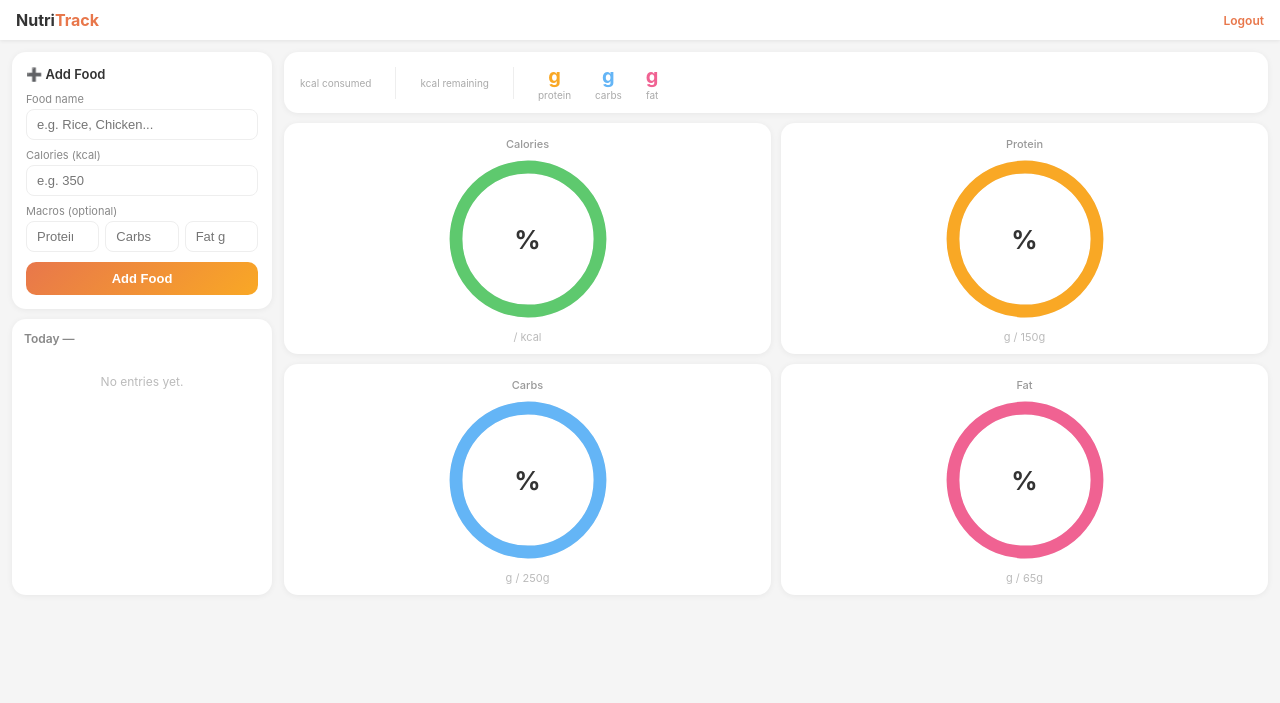
Repository: STIVEN396/Nutritrack
Page: tracker/templates/tracker/dashboard.html
An editor plug-in stored every save of this project. The page is shown before and after the next save, followed by the edit.
The browser window is 1280 px wide. The pictures show the whole page.
The template is drawn by Django 5.2. The application's start-up code is not run. Other server files are loaded and not shown. The template is opened directly, without the code that normally fills it, so the values that code supplies are empty.

Above is the page before, as saved 2026-06-26 23:53:46.

### tracker/templates/tracker/dashboard.html
<!DOCTYPE html>
<html lang="en">
<head>
<meta charset="UTF-8">
<meta name="viewport" content="width=device-width, initial-scale=1.0">
<title>NutriTrack</title>
<style>
  * { margin: 0; padding: 0; box-sizing: border-box; }
  body { font-family: -apple-system, BlinkMacSystemFont, 'Segoe UI', sans-serif;
         background: #f5f5f5; color: #333; font-size: 14px; }

  .topbar { background: #fff; padding: 10px 16px;
            display: flex; align-items: center; justify-content: space-between;
            box-shadow: 0 1px 4px rgba(0,0,0,.08); }
  .topbar h1 { font-size: 16px; font-weight: 700; }
  .logo-dot { color: #e8774b; }
  .topbar .user { font-size: 12px; color: #aaa; }
  .topbar a { color: #e8774b; font-size: 12px; text-decoration: none; font-weight: 600; }

  .alert { padding: 7px 14px; margin: 8px 12px; border-radius: 8px;
           font-size: 12px; background: #d4edda; color: #155724; }

  /* Layout principal: 2 columnas */
  .main { display: grid; grid-template-columns: 260px 1fr; gap: 12px; padding: 12px; }

  /* Columna izquierda: form + lista */
  .left { display: flex; flex-direction: column; gap: 10px; }

  .add-form { background: #fff; border-radius: 14px; padding: 14px;
              box-shadow: 0 1px 6px rgba(0,0,0,.06); }
  .add-form h3 { font-size: 13px; font-weight: 600; margin-bottom: 10px; color: #333; }
  .add-form label { font-size: 11px; color: #888; display: block; margin-bottom: 3px; }
  .add-form input { width: 100%; border: 1.5px solid #eee; border-radius: 8px;
                    padding: 7px 10px; font-size: 13px; outline: none;
                    margin-bottom: 8px; transition: border .2s; }
  .add-form input:focus { border-color: #e8774b; }
  .macros-row { display: grid; grid-template-columns: 1fr 1fr 1fr; gap: 6px; }
  .macros-row input { margin-bottom: 0; }
  .btn-add { background: linear-gradient(135deg, #e8774b, #f9a825);
             color: #fff; border: none; border-radius: 10px; padding: 9px;
             width: 100%; font-size: 13px; font-weight: 600; cursor: pointer; margin-top: 10px; }
  .btn-add:hover { opacity: .9; }

  /* Lista de entradas */
  .entries-box { background: #fff; border-radius: 14px; padding: 12px;
                 box-shadow: 0 1px 6px rgba(0,0,0,.06); flex: 1; }
  .entries-box h3 { font-size: 12px; font-weight: 600; color: #888; margin-bottom: 8px; }
  .entry { display: flex; justify-content: space-between; align-items: center;
           padding: 7px 0; border-bottom: 1px solid #f5f5f5; }
  .entry:last-child { border-bottom: none; }
  .entry .name { font-size: 13px; font-weight: 500; }
  .entry .meta { font-size: 10px; color: #bbb; margin-top: 1px; }
  .entry .cal  { font-size: 14px; font-weight: 700; color: #e8774b; }
  .del-btn { background: none; border: none; color: #ddd; cursor: pointer;
             font-size: 14px; padding: 2px 5px; margin-left: 6px; }
  .del-btn:hover { color: #e55; }

  /* Columna derecha: gráficos */
  .right { display: flex; flex-direction: column; gap: 10px; }

  /* Stats bar arriba */
  .stats-bar { background: #fff; border-radius: 14px; padding: 12px 16px;
               box-shadow: 0 1px 6px rgba(0,0,0,.06);
               display: flex; gap: 24px; align-items: center; }
  .stat { text-align: center; }
  .stat .num { font-size: 20px; font-weight: 700; }
  .stat .lbl { font-size: 10px; color: #aaa; margin-top: 1px; }

  /* 4 donuts en 2x2 */
  .donuts { display: grid; grid-template-columns: 1fr 1fr; gap: 10px; }
  .card { background: #fff; border-radius: 14px; padding: 14px 10px 10px;
          box-shadow: 0 1px 6px rgba(0,0,0,.06); text-align: center; }
  .card h3 { font-size: 11px; color: #999; margin-bottom: 8px; font-weight: 500; }

  .donut-wrap { position: relative; width: 160px; height: 160px; margin: 0 auto 8px; }
  .donut-wrap svg { transform: rotate(-90deg); }
  .donut-bg   { fill: none; stroke: #f0f0f0; stroke-width: 8; }
  .donut-fill { fill: none; stroke-width: 8; stroke-linecap: round; }
  .donut-label { position: absolute; top: 50%; left: 50%;
                 transform: translate(-50%, -50%);
                 font-size: 26px; font-weight: 700; }
  .card small { font-size: 11px; color: #bbb; }

  .green  { stroke: #5ec96e; }
  .orange { stroke: #f9a825; }
  .blue   { stroke: #64b5f6; }
  .pink   { stroke: #f06292; }
</style>
</head>
<body>

<div class="topbar">
  <h1>Nutri<span class="logo-dot">Track</span></h1>
  <span class="user">{{ request.user.username }}</span>
  <a href="{% url 'logout' %}">Logout</a>
</div>

{% if messages %}{% for msg in messages %}
  <div class="alert">{{ msg }}</div>
{% endfor %}{% endif %}

<div class="main">

  <!-- IZQUIERDA: formulario + lista -->
  <div class="left">
    <div class="add-form">
      <h3>➕ Add Food</h3>
      <form method="post" action="{% url 'add_entry' %}">
        {% csrf_token %}
        <label>Food name</label>
        <input type="text" name="name" placeholder="e.g. Rice, Chicken..." required>
        <label>Calories (kcal)</label>
        <input type="number" name="calories" placeholder="e.g. 350" min="0" required>
        <label>Macros (optional)</label>
        <div class="macros-row">
          <input type="number" name="protein" placeholder="Protein g" min="0" step="0.1">
          <input type="number" name="carbs"   placeholder="Carbs g"   min="0" step="0.1">
          <input type="number" name="fat"     placeholder="Fat g"     min="0" step="0.1">
        </div>
        <button type="submit" class="btn-add">Add Food</button>
      </form>
    </div>

    <div class="entries-box">
      <h3>Today — {{ today }}</h3>
      {% for entry in entries %}
      <div class="entry">
        <div>
          <div class="name">{{ entry.name }}</div>
          <div class="meta">P {{ entry.protein }}g · C {{ entry.carbs }}g · F {{ entry.fat }}g</div>
        </div>
        <div style="display:flex;align-items:center;">
          <span class="cal">{{ entry.calories }}</span>
          <form method="post" action="{% url 'delete_entry' entry.pk %}">
            {% csrf_token %}<button class="del-btn" type="submit">✕</button>
          </form>
        </div>
      </div>
      {% empty %}
        <p style="color:#bbb;font-size:12px;text-align:center;padding:20px 0">No entries yet.</p>
      {% endfor %}
    </div>
  </div>

  <!-- DERECHA: stats + 4 donuts -->
  <div class="right">
    <div class="stats-bar">
      <div class="stat">
        <div class="num" style="color:#5ec96e">{{ cal_total }}</div>
        <div class="lbl">kcal consumed</div>
      </div>
      <div style="width:1px;height:32px;background:#eee;"></div>
      <div class="stat">
        <div class="num" style="color:#64b5f6">{{ remaining }}</div>
        <div class="lbl">kcal remaining</div>
      </div>
      <div style="width:1px;height:32px;background:#eee;"></div>
      <div class="stat">
        <div class="num" style="color:#f9a825">{{ pro_total }}g</div>
        <div class="lbl">protein</div>
      </div>
      <div class="stat">
        <div class="num" style="color:#64b5f6">{{ car_total }}g</div>
        <div class="lbl">carbs</div>
      </div>
      <div class="stat">
        <div class="num" style="color:#f06292">{{ fat_total }}g</div>
        <div class="lbl">fat</div>
      </div>
    </div>

    <div class="donuts">
      <div class="card">
        <h3>Calories</h3>
        <div class="donut-wrap">
          <svg viewBox="0 0 100 100" width="160" height="160">
            <circle class="donut-bg" cx="50" cy="50" r="45"/>
            <circle class="donut-fill green" cx="50" cy="50" r="45"
              stroke-dasharray="{% widthratio cal_pct 100 283 %} 283"/>
          </svg>
          <div class="donut-label">{{ cal_pct }}%</div>
        </div>
        <small>{{ cal_total }} / {{ daily_goal }} kcal</small>
      </div>

      <div class="card">
        <h3>Protein</h3>
        <div class="donut-wrap">
          <svg viewBox="0 0 100 100" width="160" height="160">
            <circle class="donut-bg" cx="50" cy="50" r="45"/>
            <circle class="donut-fill orange" cx="50" cy="50" r="45"
              stroke-dasharray="{% widthratio pro_pct 100 283 %} 283"/>
          </svg>
          <div class="donut-label">{{ pro_pct }}%</div>
        </div>
        <small>{{ pro_total }}g / 150g</small>
      </div>

      <div class="card">
        <h3>Carbs</h3>
        <div class="donut-wrap">
          <svg viewBox="0 0 100 100" width="160" height="160">
            <circle class="donut-bg" cx="50" cy="50" r="45"/>
            <circle class="donut-fill blue" cx="50" cy="50" r="45"
              stroke-dasharray="{% widthratio car_pct 100 283 %} 283"/>
          </svg>
          <div class="donut-label">{{ car_pct }}%</div>
        </div>
        <small>{{ car_total }}g / 250g</small>
      </div>

      <div class="card">
        <h3>Fat</h3>
        <div class="donut-wrap">
          <svg viewBox="0 0 100 100" width="160" height="160">
            <circle class="donut-bg" cx="50" cy="50" r="45"/>
            <circle class="donut-fill pink" cx="50" cy="50" r="45"
              stroke-dasharray="{% widthratio fat_pct 100 283 %} 283"/>
          </svg>
          <div class="donut-label">{{ fat_pct }}%</div>
        </div>
        <small>{{ fat_total }}g / 65g</small>
      </div>
    </div>
  </div>

</div>
</body>
</html>

After the next save:
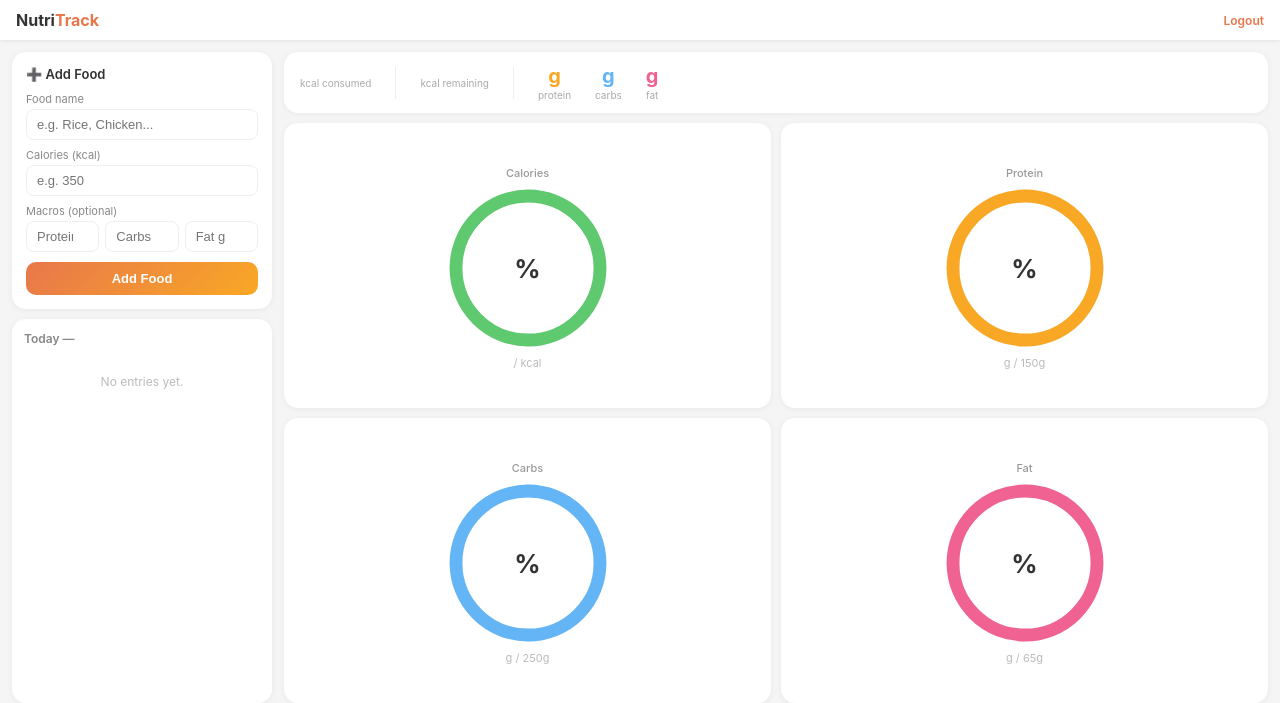
Saved 13 s later.
--- a/tracker/templates/tracker/dashboard.html
+++ b/tracker/templates/tracker/dashboard.html
@@ -21,10 +21,11 @@
            font-size: 12px; background: #d4edda; color: #155724; }
 
   /* Layout principal: 2 columnas */
-  .main { display: grid; grid-template-columns: 260px 1fr; gap: 12px; padding: 12px; }
+  html, body { height: 100%; }
+  .main { display: grid; grid-template-columns: 260px 1fr; gap: 12px; padding: 12px; height: calc(100vh - 45px); }
 
   /* Columna izquierda: form + lista */
-  .left { display: flex; flex-direction: column; gap: 10px; }
+  .left { display: flex; flex-direction: column; gap: 10px; min-height: 0; }
 
   .add-form { background: #fff; border-radius: 14px; padding: 14px;
               box-shadow: 0 1px 6px rgba(0,0,0,.06); }
@@ -42,7 +43,7 @@
   .btn-add:hover { opacity: .9; }
 
   /* Lista de entradas */
-  .entries-box { background: #fff; border-radius: 14px; padding: 12px;
+  .entries-box { background: #fff; border-radius: 14px; padding: 12px; overflow-y: auto;
                  box-shadow: 0 1px 6px rgba(0,0,0,.06); flex: 1; }
   .entries-box h3 { font-size: 12px; font-weight: 600; color: #888; margin-bottom: 8px; }
   .entry { display: flex; justify-content: space-between; align-items: center;
@@ -56,7 +57,7 @@
   .del-btn:hover { color: #e55; }
 
   /* Columna derecha: gráficos */
-  .right { display: flex; flex-direction: column; gap: 10px; }
+  .right { display: flex; flex-direction: column; gap: 10px; min-height: 0; }
 
   /* Stats bar arriba */
   .stats-bar { background: #fff; border-radius: 14px; padding: 12px 16px;
@@ -67,8 +68,8 @@
   .stat .lbl { font-size: 10px; color: #aaa; margin-top: 1px; }
 
   /* 4 donuts en 2x2 */
-  .donuts { display: grid; grid-template-columns: 1fr 1fr; gap: 10px; }
-  .card { background: #fff; border-radius: 14px; padding: 14px 10px 10px;
+  .donuts { display: grid; grid-template-columns: 1fr 1fr; gap: 10px; flex: 1; min-height: 0; }
+  .card { background: #fff; border-radius: 14px; padding: 14px 10px 10px; display: flex; flex-direction: column; justify-content: center;
           box-shadow: 0 1px 6px rgba(0,0,0,.06); text-align: center; }
   .card h3 { font-size: 11px; color: #999; margin-bottom: 8px; font-weight: 500; }
 
